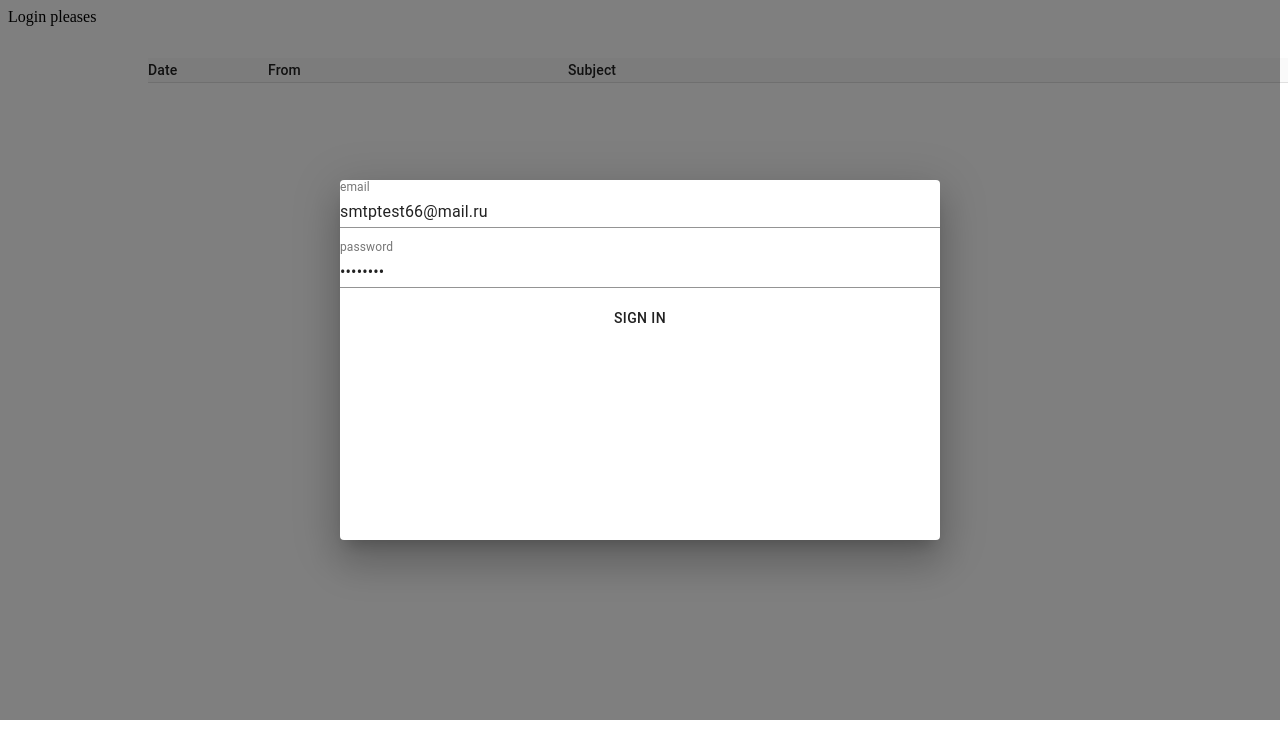
Repository: atakhanovrodion/mailclient
Page: / (app in client/)
An editor plug-in stored every save of this project. The page is shown before and after the next save, followed by the edit.
The browser window is 1280 px wide. The page is 1288 px wide, so the pictures cover 1288 px, including what lies to the right of the window. The pictures show the whole page.
The project was rebuilt for these pictures with package versions that can differ from the ones it lists, and the page was loaded fresh each time. Also part of the build but not shown: client/webpack.config.js.

Above is the page before, as saved 2021-03-16 09:52:18.

### client/src/index.html
<!DOCTYPE html>
<html lang="en">
  <head>
    <title>MAILCLIENT</title>
  </head>
  <body>
    <div id="root"></div>
  </body>
</html>

### client/src/main.tsx
import * as React from "react";
import * as ReactDOM from "react-dom";

//import "normalize.css";
import "./css/main.css";

import BaseLayout from "./components/BaseLayout";

const baseComponent = ReactDOM.render(
  <BaseLayout />,
  document.getElementById("root")
);

### client/src/css/main.css
.appContainer {
  display: grid;
  grid-template-columns: 140px 1fr;
  grid-template-rows: 50px 1fr;
  width: 100vw;
  height: 100vh;
}
.header {
  grid-column: 1 / 3;
}

.listOfMailboxes {
  grid-column: 1 / 2;
  grid-row: 2 / 2;
}

.loginForm {
  display: grid;
  grid-template-columns: 200px 1f;
  grid-template-rows: 60px 60px 1fr;
}

### client/src/components/BaseLayout.tsx
import * as React from "react";
import Login from "./Login";
import * as api from "../api";
import Header from "./Header";
import ListOfMailboxes from "./ListOfMailboxes";
import ListOfMessages from "./ListOfMessages";
import WaitView from "./WaitView";
type MyState = {
  isAuth: false;
  loginEmail: string;
  loginPassword: string;
  currenEmail: string;
  currentPassword: string;
  listOfMailboxes: api.IMailbox[];
  listOfMessages: api.IMessage[];
  currentHost: string;
  currentMailboxList: [];
  currentMessageBody: string;
  currentMailbox: string;
  waitState: boolean;
};

class BaseLayout extends React.Component {
  constructor(props: any) {
    super(props);
    this.handleInput = this.handleInput.bind(this);
    this.tryAuth = this.tryAuth.bind(this);
    this.signOut = this.signOut.bind(this);
    this.getMailbox = this.getMailbox.bind(this);
    this.getMessage = this.getMessage.bind(this);
  }
  state: MyState = {
    isAuth: false,
    loginEmail: "smtptest66@mail.ru",
    loginPassword: "imap1488",
    currenEmail: "undefined",
    currentPassword: "",
    listOfMailboxes: [],
    listOfMessages: [],
    currentHost: "",
    currentMailboxList: [],
    currentMessageBody: "",
    currentMailbox: "INBOx",
    waitState: false,
  };
  render() {
    return (
      <div>
        <Login
          onSubmit={this.tryAuth}
          onChange={this.handleInput}
          isOpen={this.state.isAuth}
          user={this.state.loginEmail}
          pass={this.state.loginPassword}
        />
        <WaitView state={this.state.waitState} />

        <div className="appContainer">
          <div className="header">
            <Header
              onClick={this.signOut}
              currentEmail={this.state.currenEmail}
              isAuth={this.state.isAuth}
            />
          </div>
          <div className="listOfMailboxes">
            <ListOfMailboxes
              mailboxes={this.state.listOfMailboxes}
              onClick={this.getMailbox}
            />
          </div>
          <div className="centerArea">
            {" "}
            <ListOfMessages
              messages={this.state.listOfMessages}
              onClick={this.getMessage}
            />
            {this.state.currentMessageBody}{" "}
          </div>
        </div>
      </div>
    );
  }

  handleInput(e: any): void {
    const target: string = e.target.id;
    this.setState({ [target]: e.target.value });
  }

  async tryAuth(): Promise<void> {
    let domain: string = findDomain(this.state.loginEmail);
    const info: api.IAuthInfo = {
      user: this.state.loginEmail,
      password: this.state.loginPassword,
      host: "imap." + domain,
      port: 993,
    };
    this.setState({
      waitState: true,
    });
    const apiWorker = new api.Worker();
    if ((await apiWorker.tryAuth(info)) == "succes") {
      const data = {
        loginEmail: "",
        loginPassword: "",
        isAuth: true,
        currenEmail: this.state.loginEmail,
        currentPassword: this.state.loginPassword,
        currentHost: domain,
      };
      this.setState(data);
      console.log(this.state);
      this.getListOfMailboxes();
      //TODO
      this.getMailbox("INBOx");
    }
    this.setState({ loginEmail: "", loginPassword: "", waitState: false });
  }

  async getListOfMailboxes(): Promise<void> {
    this.setState({
      waitState: true,
    });
    const apiWorker = new api.Worker();
    const mailboxes = await apiWorker.listOfMailboxes();
    this.setState({ listOfMailboxes: mailboxes, waitState: false });
  }

  async getMailbox(path: string): Promise<void> {
    this.setState({
      waitState: true,
    });
    const apiWorker: api.Worker = new api.Worker();
    const messages: api.IMessage[] = await apiWorker.getMailbox(path);
    this.setState({
      listOfMessages: messages,
      currentMailbox: path,
      waitState: false,
    });
    console.log(this.state);
  }

  async getMessage(message: api.IMessage): Promise<void> {
    this.setState({
      waitState: true,
    });
    const apiWorker: api.Worker = new api.Worker();
    const messageBody: string = await apiWorker.getMessage(
      this.state.currentMailbox,
      message.id.toString()
    );
    this.setState({
      currentMessageBody: messageBody,
      waitState: false,
    });
  }

  signOut(): void {
    this.setState({
      isAuth: false,
      listOfMailboxes: [],
      listOfMessages: [],
    });
  }
}
export default BaseLayout;

//TODO
//email validation
function findDomain(address: string): string {
  let i = 0;
  let domain = "";
  while (i < address.length) {
    if (address[i] == "@") {
      if (address[i + 1]) {
        let j = i + 1;
        while (j < address.length) {
          domain += address[j];
          j++;
        }
      }
    }
    i++;
  }
  return domain;
}

### client/src/components/Login.tsx
import React from "react";
import { withStyles } from "@material-ui/styles";
import Dialog from "@material-ui/core/Dialog";
import TextField from "@material-ui/core/TextField";
import Button from "@material-ui/core/Button";

type Props = {
  onSubmit: any;
  onChange: any;
  isOpen: boolean;
  user: string;
  pass: string;
  classes: any;
};

const styles = {
  dialogPaper: {
    minHeight: "50vh",
    maxHeight: "80vh",
  },
};

const Login: React.FC<Props> = ({
  onSubmit,
  onChange,
  isOpen,
  user,
  pass,
  classes,
}) => {
  return (
    <Dialog
      open={!isOpen}
      disableBackdropClick={true}
      disableEscapeKeyDown={true}
      fullWidth={true}
      classes={{ paper: classes.dialogPaper }}
    >
      <form className="loginForm">
        <TextField
          id="loginEmail"
          onChange={onChange}
          label="email"
          value={user}
        />
        <TextField
          id="loginPassword"
          onChange={onChange}
          label="password"
          type="password"
          value={pass}
        />
        <Button onClick={onSubmit}>Sign in</Button>
      </form>
    </Dialog>
  );
};

export default withStyles(styles)(Login);

### client/src/api.ts
import axios, { AxiosResponse } from "axios";

export interface IAuthInfo {
  host: string;
  port: number;
  user: string;
  password: string;
}
export interface IMailbox {
  name: string;
  path: string;
}
export interface IMessage {
  id: number;
  from: string;
  subject: string;
  date: string;
  body?: string;
}

export class Worker {
  public async tryAuth(info: IAuthInfo): Promise<string> {
    const response: AxiosResponse = await axios.post(
      "http://localhost:3001/auth",
      info
    );
    return response.data;
  }
  public async listOfMailboxes(): Promise<IMailbox[]> {
    const response: AxiosResponse = await axios.get(
      "http://localhost:3001/mailboxes"
    );
    return response.data;
  }
  public async getMailbox(mailbox: string): Promise<IMessage[]> {
    const response: AxiosResponse = await axios.get(
      `http://localhost:3001/mailboxes/${mailbox}`
    );
    return response.data;
  }
  public async getMessage(mailbox: string, id: string): Promise<string> {
    const response: AxiosResponse = await axios.get(
      `http://localhost:3001/mailboxes/${mailbox}/${id}`
    );
    return response.data;
  }
}

### client/src/components/Header.tsx
import React from "react";
import Button from "@material-ui/core/Button";
type Props = {
  onClick: any;
  currentEmail: string;
  isAuth: boolean;
};

const Header: React.FC<Props> = ({ onClick, currentEmail, isAuth }) => {
  return (
    <div>
      {isAuth == true ? (
        <div>
          Your email:{currentEmail}
          <Button onClick={onClick}>Sign out</Button>
        </div>
      ) : (
        <div>Login pleases </div>
      )}
    </div>
  );
};
export default Header;

### client/src/components/ListOfMailboxes.tsx
import React from "react";
import { IMailbox } from "../api";
import Chip from "@material-ui/core/Chip";
import List from "@material-ui/core/List";
type Props = {
  mailboxes: IMailbox[];
  onClick: any;
};

const listOfMailboxes: React.FC<Props> = ({ mailboxes, onClick }) => {
  return (
    <List>
      {mailboxes.map((value) => {
        return (
          <Chip
            onClick={() => {
              onClick(value.path);
            }}
            label={`${value.name}`}
          />
        );
      })}
    </List>
  );
};
export default listOfMailboxes;

### client/src/components/ListOfMessages.tsx
import React from "react";
import { IMessage } from "../api";

import Table from "@material-ui/core/Table";
import TableBody from "@material-ui/core/TableBody";
import TableCell from "@material-ui/core/TableCell";
import TableHead from "@material-ui/core/TableHead";
import TableRow from "@material-ui/core/TableRow";

type Props = {
  messages: IMessage[];
  onClick: any;
};

const ListOfMessages: React.FC<Props> = ({ messages, onClick }) => (
  <Table stickyHeader padding="none">
    <TableHead>
      <TableRow>
        <TableCell style={{ width: 120 }}>Date</TableCell>
        <TableCell style={{ width: 300 }}>From</TableCell>
        <TableCell>Subject</TableCell>
      </TableRow>
    </TableHead>
    <TableBody>
      {messages.map((message) => (
        <TableRow
          onClick={() => {
            onClick(message);
          }}
          key={message.id}
        >
          <TableCell>{new Date(message.date).toLocaleDateString()}</TableCell>
          <TableCell>{message.from}</TableCell>
          <TableCell>{message.subject}</TableCell>
        </TableRow>
      ))}
    </TableBody>
  </Table>
); /* Mailboxes. */

export default ListOfMessages;

### client/src/components/WaitView.tsx
import React from "react";

import Dialog from "@material-ui/core/Dialog";
import DialogContent from "@material-ui/core/DialogContent";
import DialogContentText from "@material-ui/core/DialogContentText";

type Props = {
  state: boolean;
};

const WaitView: React.FC<Props> = ({ state }) => {
  return (
    <Dialog
      open={state}
      disableBackdropClick={true}
      disableEscapeKeyDown={true}
      transitionDuration={0}
    >
      <DialogContent>
        <DialogContentText>Please wait...</DialogContentText>
      </DialogContent>
    </Dialog>
  );
};

export default WaitView;

After the next save:
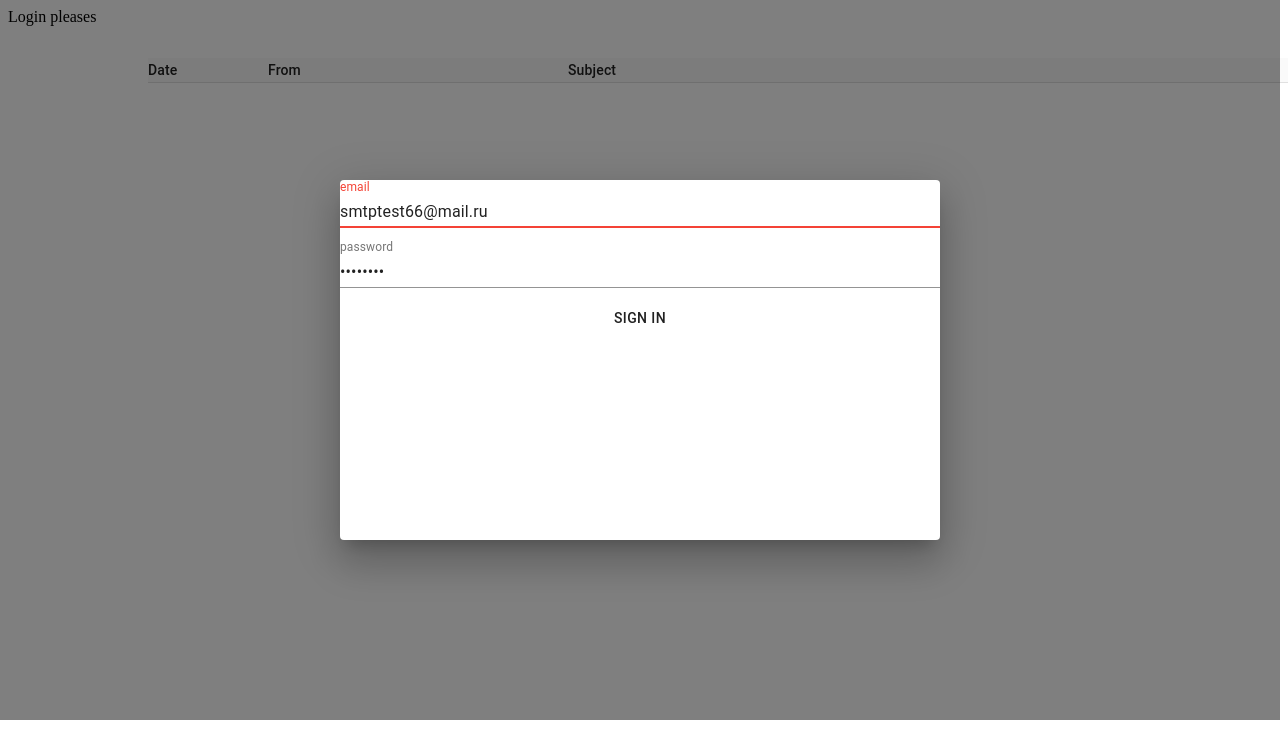
Saved 26 min 4 s later.
--- a/client/src/components/Login.tsx
+++ b/client/src/components/Login.tsx
@@ -42,6 +42,7 @@ const Login: React.FC<Props> = ({
           onChange={onChange}
           label="email"
           value={user}
+          error={true}
         />
         <TextField
           id="loginPassword"
